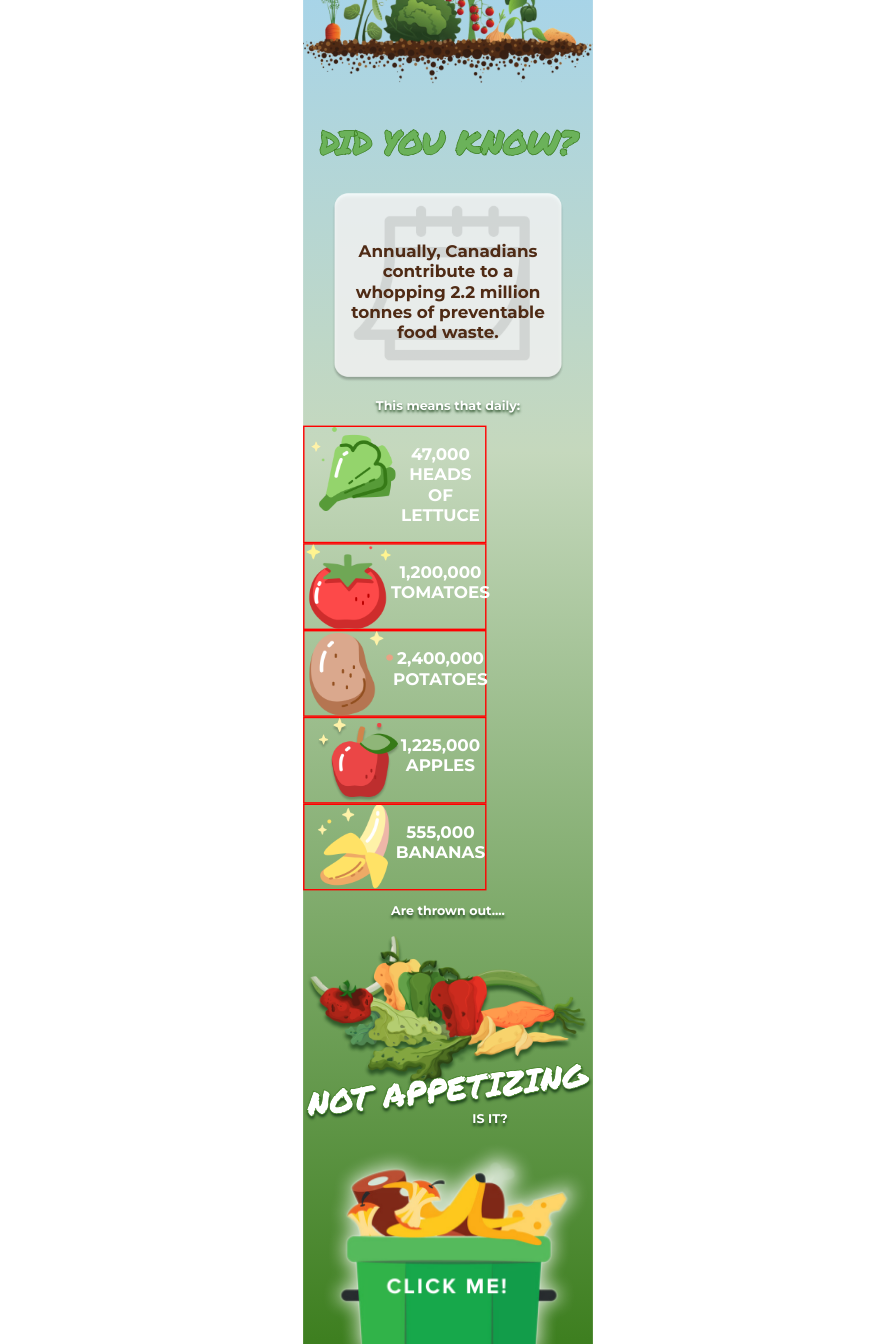
Repository: zoelake/DCDmidterm
Page: page1/index.html
The author's editor kept a copy of each file at every save. The page is drawn from the files as they stood at one save, then again after the next save.
The browser window is 1280 px wide. The pictures show the part of the page from y = 680 to 2600 px (the page is 2650 px tall), at 70% of full size.

Above is the page before, as saved 2021-03-05 20:26:46.

### page1/index.html
<!DOCTYPE html>
<html lang="en">

<head>
    <meta charset="UTF-8">
    <meta http-equiv="X-UA-Compatible" content="IE=edge">
    <meta name="viewport" content="width=device-width, initial-scale=1.0">
    <title>Midterm project</title>
    <link rel="stylesheet" href="./style.css">
    <link rel="preconnect" href="https://fonts.gstatic.com">
    <link href="https://fonts.googleapis.com/css2?family=Montserrat:wght@300&display=swap" rel="stylesheet">
    <link rel="preconnect" href="https://fonts.gstatic.com">
    <link href="https://fonts.googleapis.com/css2?family=Montserrat:wght@300;700&display=swap" rel="stylesheet">
    <link rel="preconnect" href="https://fonts.gstatic.com">
    <link href="https://fonts.googleapis.com/css2?family=Permanent+Marker&display=swap" rel="stylesheet">
</head>

<body>

    <div id="main">
        <img id="cloud" alt="cloud" src="images/cloud.png">
        <img id="graphic1"
            alt="The impact of the food supply chain on our environment & why you should go grow your own food"
            src="images/graphic1.png">
        <img id="garden" alt="veggie garden" src="images/garden.png">
        <h2 id="text-fact">DID YOU KNOW?</h2>
        <img id="calendar" alt="calendar icon" src="images/calendar.png">
        <p id="calendar-text">Annually, Canadians contribute to a whopping 2.2 million tonnes of preventable food waste.
        </p>
        <p class="list-text">This means that daily:</p>

        <div class="produce-left">
            <img class="food" src="./images/lettuce.png">
            <p class="text-left">47,000<br>HEADS OF LETTUCE</p>
        </div>

        <div class="produce-right">
            <img class="food" src="./images/tomatoe.png">
            <p class="text-right">1,200,000<br>TOMATOES</p>
        </div>

        <div class="produce-left">
            <img class="food" src="./images/potatoe.png">
            <p class="text-left">2,400,000<br>POTATOES</p>
        </div>

        <div class="produce-right">
            <img class="food" src="./images/apple.png">
            <p class="text-right">1,225,000<br>APPLES</p>
        </div>

        <div class="produce-left">
            <img class="food" src="./images/banana.png">
            <p class="text-left">555,000<br>BANANAS</p>
        </div>

        <p class="list-text">Are thrown out....</p>

        <img id="rotten-veggies" alt="rotten veggies" src="images/rotten-veggies.png">
        <h2 id="text-waste">NOT APPETIZING</h2>
        <p id="waste" class="list-text">IS IT?</p>

        <img id="basket" alt="shopping basket" src="images/basket.png">


    </div>

</body>

</html>

### page1/style.css
html, body {
  margin:0;
  /* overflow-y: hidden; */
}

body {
  display: flex;
  justify-content: center;
  align-items: center;
}

#main{
  position: relative;
  width: 414px;
  height: 2650px;
  text-align: center;
  background-image: linear-gradient(#65A9D9, #A7D4E9, #C5D8BD, #7EAA6A, #387B19);
}

img{
    width: 100%;
}

h2{
    font-size: 46px;
    left: 4px;
    font-family: 'Permanent Marker', cursive;
    -webkit-text-stroke-width: 1px;
    -webkit-text-stroke-color: #367A17;
}

#text-fact{
    color: #6BB25A;
}

#text-waste{
    color: white;
    text-shadow: 0px 4px 4px #1F471E;
    position: absolute;
    top: 2165px;
    transform: rotate(-6deg);
}

#waste{
    position: relative;
    left: 60px;
}

#calendar{
    width: 80%;
    padding: 0 10%;
}

#calendar-text{
    position: absolute;
    width: 76%;
    padding: 0 12%;
    text-align: center;
    top: 1000px;
    z-index: 2;
    color: #4F2B15;
}

p{
    color: white;
    font-family: 'Montserrat', sans-serif;
    font-weight: 900;
    font-size: 24px;
}

.list-text{
    font-size: 18px;
    text-align: center;
    text-shadow: 0px 4px 4px #1F471E;
}

.produce-left{
    display: flex;
    flex-direction: row;
    justify-content: center;
    left: 0;
    border: 2px solid red;
    width: 60%;
    padding-left: 10px;
}

.produce-right{
    display: flex;
    flex-direction: row;
    justify-content: center;
    right: 0;
    border: 2px solid red;
    width: 60%;
    padding-left: 10px;
}

.food{
   width: 120px;
   height: 120px;
}

After the next save:
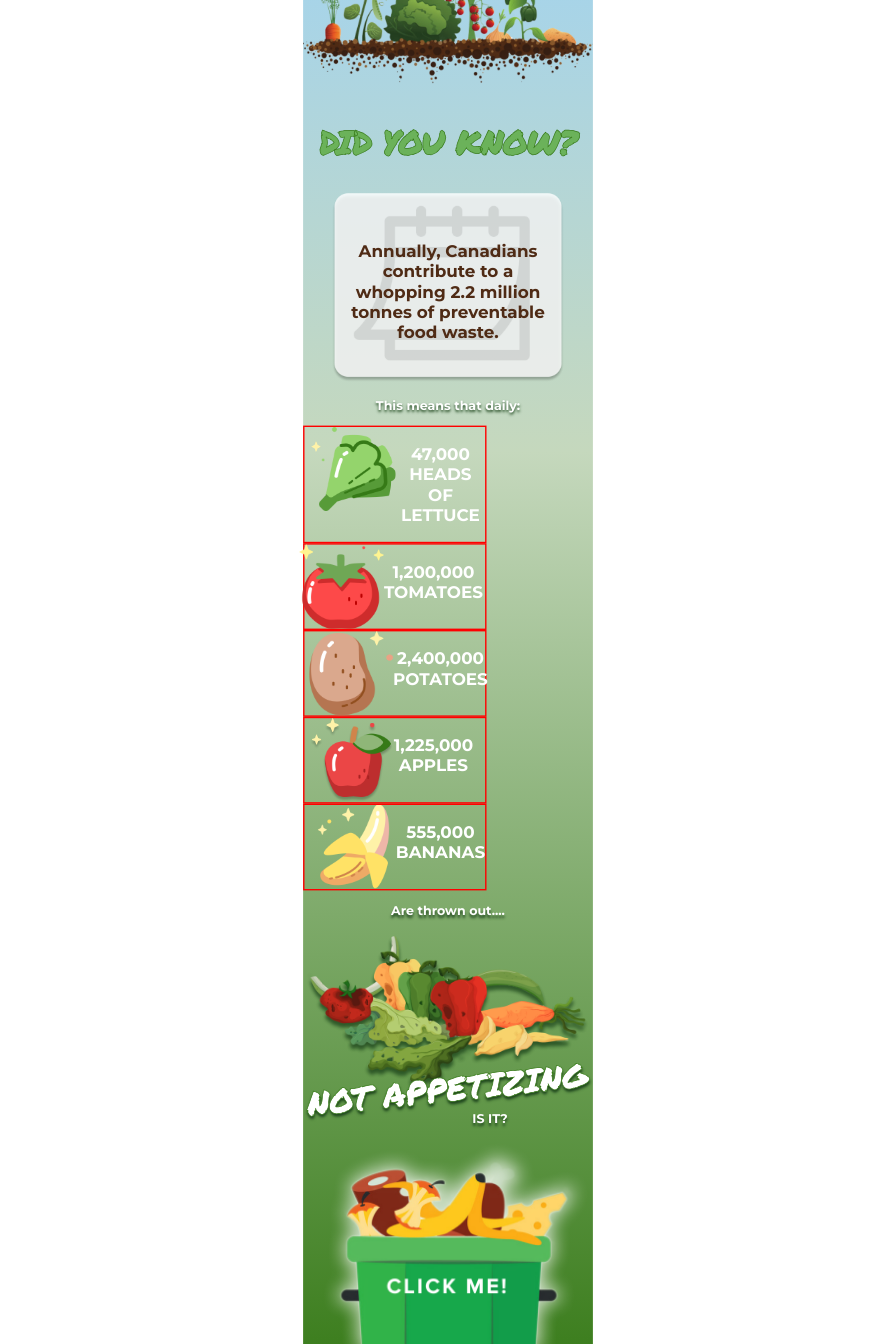
Saved 12 s later.
--- a/page1/style.css
+++ b/page1/style.css
@@ -91,7 +91,7 @@ p{
     right: 0;
     border: 2px solid red;
     width: 60%;
-    padding-left: 10px;
+    padding-right: 10px;
 }
 
 .food{
